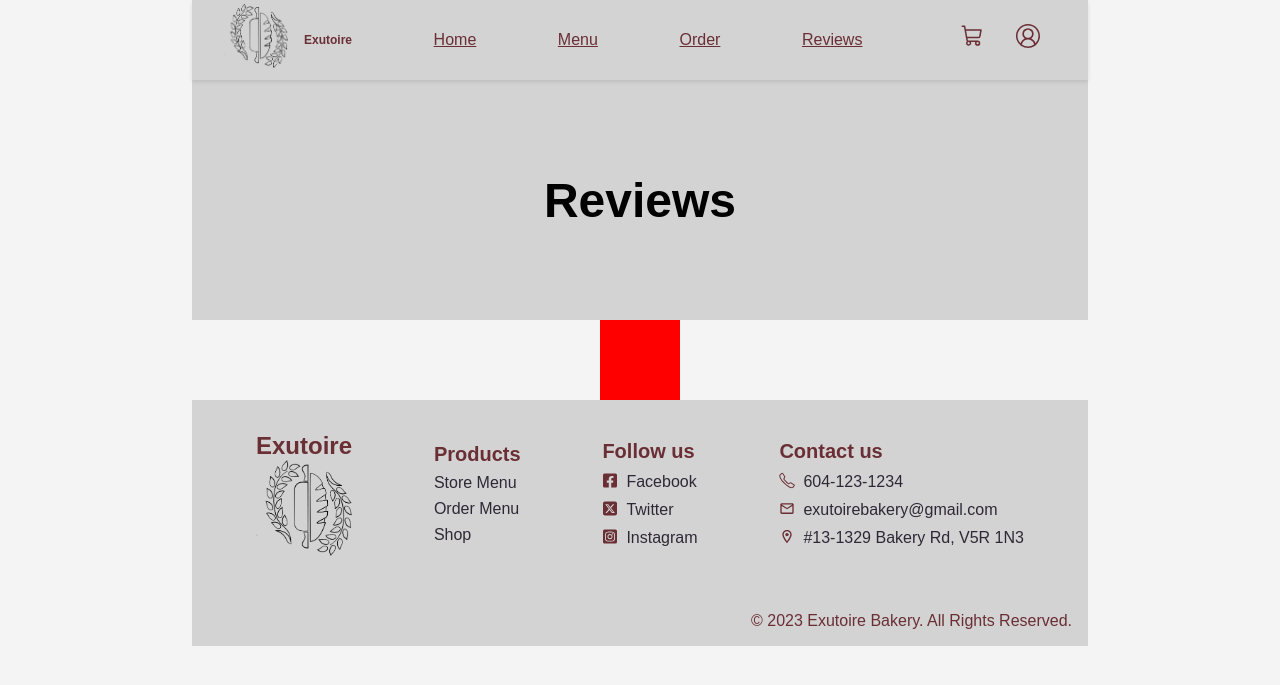
Repository: MelissaJacobi/COMP3170-final-proj
Page: /Reviews
These files come from the project's save history. The page is drawn as it stood at one moment and after the next save; the edit follows.
The browser window is 1280 px wide. The pictures show the whole page.
The project was rebuilt for these pictures with package versions that can differ from the ones it lists, and the page was loaded fresh each time. Also part of the build but not shown: vite.config.js, src/pages/ShoppingCart.module.css, src/components/ShoppingCartCard.module.css, src/components/ShoppingCartCard.jsx, src/components/OrderTotal.jsx, src/pages/ShoppingCart.jsx, src/pages/Profile.module.css, src/pages/Profile.jsx and 32 more.

Above is the page before, as saved 2024-10-19 19:04:19.

### src/main.jsx
import { StrictMode } from 'react'
import { createRoot } from 'react-dom/client'
import App from './App.jsx'
import './index.css'

const rootElement = document.getElementById('root');
if (rootElement) {
  createRoot(rootElement).render(
    <StrictMode>
      <App />
    </StrictMode>
  );
}

### src/App.jsx
import { BrowserRouter as Router, Routes, Route } from 'react-router-dom';
import styles from './App.module.css';
import Header from './components/Header';
import Footer from './components/Footer';
import Home from './pages/Home';
import Menu from './pages/menu';
import Bread from './pages/Bread';
import Pastries from './pages/Pastries';
import Cakes from './pages/Cakes';
import Drinks from './pages/Drinks';
import Seasonal from './pages/Seasonal';
import OrderPickUp from './pages/OrderPickUp';
import OrderDelivery from './pages/OrderDelivery';
import ShoppingCart from './pages/ShoppingCart';
import Profile from './pages/Profile';
import Reviews from './pages/reviews';

function App() {
  return (
    <Router>
      <div className={styles.appContainer}>
        <Header />
        <Routes>
          <Route path="/" element={<Home />} />
          <Route path="/menu" element={<Menu />} />
          <Route path="/menu/bread" element={<Bread />} />
          <Route path="/menu/pastries" element={<Pastries />} />
          <Route path="/menu/cakes" element={<Cakes />} />
          <Route path="/menu/drinks" element={<Drinks />} />
          <Route path="/menu/seasonal" element={<Seasonal />} />
          <Route path="/orderpickup" element={<OrderPickUp />} />
          <Route path="/orderdelivery" element={<OrderDelivery />} />
          <Route path="/shoppingcart" element={<ShoppingCart/>}/>
          <Route path="/profile" element={<Profile />}/>
          <Route path="/Reviews" element={<Reviews />}/>
        </Routes>
        <Footer />
      </div>
    </Router>
  );
}

export default App;

### src/index.css
* {
  margin: 0;
  padding: 0;
  box-sizing: border-box;
}

body {
  font-family: Arial, sans-serif;
  line-height: 1.6;
  background-color: #f4f4f4;
}

:root {
  --primary-color: lightgrey;
  --secondary-color: lightblue;
  --accent-color: #6A2E35;
  --background-color: white;
  --text-color: #2E2836;
}

### src/App.module.css
.appContainer {
    width: 70%;
    height: 100%;
    margin: auto;
}

### src/components/Header.jsx
// Header.tsx
import { Link, Route, Router, Routes } from 'react-router-dom';
import styles from './Header.module.css';
import logo from "../assets/images/logo.png";
import { PiShoppingCart } from "react-icons/pi";
import { VscAccount } from "react-icons/vsc";
import OverallCart from '../pages/ShoppingCart';
import Profile from '../pages/Profile';

export default function Header() {
  return (
    <div className={styles.container}>
      <div>
        <Link to ="/"><img src={logo} alt="Logo" className={styles.logo} /></Link>
        <p className={styles.siteTitle}>Exutoire</p>
      </div>
      <Link to="/" className={styles.links}>Home</Link>
      <Link to="/Menu" className={styles.links}>Menu</Link>
      <Link to="/OrderPickUp" className={styles.links}>Order</Link>
      <Link to="/Reviews" className={styles.links}>Reviews</Link>
      <div>
        <Link to="/ShoppingCart">
          <PiShoppingCart className={styles.icon} />
        </Link>
        <Link to="/Profile">
          <VscAccount className={styles.icon} />
        </Link>
      </div>
    </div>
  );
}

### src/components/Footer.tsx
import logo from "../assets/images/logo.png"
import styles from "./Footer.module.css"
import { FaFacebookSquare } from "react-icons/fa";
import { FaSquareXTwitter } from "react-icons/fa6";
import { FaInstagramSquare } from "react-icons/fa";
import { SlPhone } from "react-icons/sl";
import { MdOutlineMailOutline } from "react-icons/md";
import { MdOutlineLocationOn } from "react-icons/md";

export default function Footer() {

  return (
    <>
      <div className={styles.container}>
        <div>
            <p className={styles.siteTitle}>Exutoire</p>
            <img src={logo} alt="Logo" className={styles.logo}/>
        </div>
        <ul>
          <p>Products</p>
          <li>Store Menu</li>
          <li>Order Menu</li>
          <li>Shop</li>
        </ul>
        <ul>
          <p>Follow us</p>
          <li><FaFacebookSquare className={styles.socialIcon}/>Facebook</li>
          <li><FaSquareXTwitter className={styles.socialIcon}/>Twitter</li>
          <li><FaInstagramSquare className={styles.socialIcon}/>Instagram</li>
        </ul>
        <ul>
          <p>Contact us</p>
          <li><SlPhone  className={styles.socialIcon}/>604-123-1234</li>
          <li><MdOutlineMailOutline className={styles.socialIcon}/>exutoirebakery@gmail.com</li>
          <li><MdOutlineLocationOn className={styles.socialIcon}/>#13-1329 Bakery Rd, V5R 1N3</li>
        </ul>
      </div>
      <p className={styles.copywrite}>© 2023 Exutoire Bakery.  All Rights Reserved.</p>
    </>
  )
}

### src/pages/reviews.jsx
import styles from "./Reviews.module.css"
import Review from "../components/Review";

export default function Reviews() {
    return (
      <div className={styles.container}>
        <div className={styles.banner}>
            <h1>Reviews</h1>
        </div>
        <div className={styles.reviews}>
            <Review />
        </div>

      </div>
    );
  }

### src/components/Header.module.css
.container {
    background-color: var(--primary-color);
    width: 100%;
    height: 5rem;
    display: flex;
    align-items: center;
    justify-content: space-between;
    padding: 2rem;
    position: sticky;
    top: 0;
    z-index: 1000;
    box-shadow: 0 2px 4px rgba(0, 0, 0, 0.1);
}

.logo {
    height: 4rem;
    width: 4rem;
}

.siteTitle {
    font-size: 12px;
    font-style: normal;
    font-weight: 700;
    line-height: normal;
    margin-left: 1rem;
    color: var(--accent-color)
}

.container div {
    display: flex;
    align-items: center;
}

.links {
    font-size: 16px;
    font-style: normal;
    font-weight: 400;
    line-height: normal;
    color: var(--accent-color)
}

.icon {
    height: 1.5rem;
    width: 1.5rem;
    margin: 1rem;
    color: var(--accent-color)
}

### src/components/Footer.module.css
.container {
    background-color: var(--primary-color);
    height: 100%;
    width: 100%;
    display: flex;
    flex-wrap: wrap;
    align-items: center;
    justify-content: space-between;
    padding: 2rem 4rem;
}

.container div{
    text-align: center;
}

.logo {
    width: 6rem;
    height: 6rem;
}

.siteTitle {
    font-size: 24px;
    font-style: normal;
    font-weight: 700;
    line-height: normal;
    color: var(--accent-color)
}

.container ul p {
    color: var(--accent-color);
    font-size: 20px;
    font-style: normal;
    font-weight: 700;
    line-height: normal;
}

.container ul li {
    font-size: 16px;
    font-style: normal;
    font-weight: 400;
    line-height: normal;
    margin: 0.5rem 0rem;
    padding: 0;
    list-style-type: none;
    color: var(--text-color)
}

.socialIcon {
    transform: translateY(0.1rem);
    color: var(--accent-color);
    margin-right: 0.5rem;
}

.copywrite {
    width: 100%;
    text-align: right;
    padding: 1rem;
    font-size: 16px;
    font-style: normal;
    font-weight: 400;
    line-height: normal;
    color: var(--accent-color);
    background-color: var(--primary-color);
}

### src/pages/Reviews.module.css
.container {
    width: 100%;
}

.banner {
    width: 100%;
    height: 15rem;
    display: flex;
    justify-content: center;
    align-items: center;
    background-color: var(--primary-color);
}

.container h1 {
    font-size: 48px;
    font-style: normal;
    font-weight: 700;
    line-height: normal;
}

.reviews {
    width: 100%;
    display: flex;
    justify-content: center;
    flex-wrap: wrap;
}

### src/components/Review.jsx
import styles from "./Review.module.css"

export default function Review() {
    return (
      <div className={styles.container}>


      </div>
    );
  }

### src/components/OrderTotal.module.css
.orderTotalContainer {
    display: flex;
    flex-direction: column;
    justify-content: flex-end;
    align-items: flex-end;
}

.subtotal, .tax, .grandTotal {
    display: flex;
    flex-direction: row;
    justify-content: space-around;
    width: 55%;
    margin: 0.5rem;
}

.grandTotal {
    font-size: 40px;
    font-weight: 300;
}

.line {
    background-color: #9a9a9a;
    height: 0.2rem;
    width: 55%;
}

.lineThin {
    background-color: #9a9a9a;
    height: 0.1rem;
    width: 55%;
}

.btns, Link {
    display: flex;
    justify-content: center;
    align-items: center;
    width: 30%;
    margin-bottom: 1rem;
}

.backBtn {
    background-color: inherit;
    color: #6A2E35;
}

.checkoutBtn {
    display: flex;
    justify-content: center;
    align-items: center;
    background-color: #6A2E35;
    height: 2.7rem;
    border-radius: 0;
}

### src/components/Review.module.css
.container {
    background-color: red;
    width: 5rem;
    height: 5rem;
}

Loaded but not shown: index.html (common file)

After the next save:
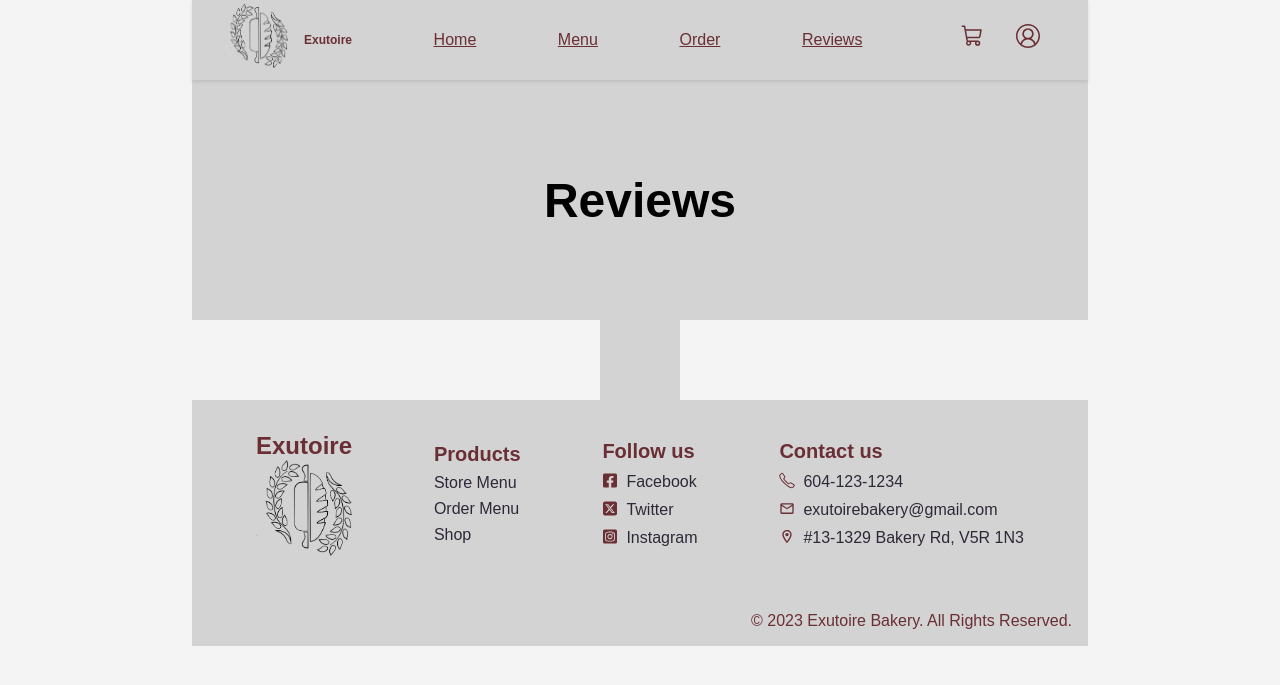
Saved 52 s later.
--- a/src/components/Review.module.css
+++ b/src/components/Review.module.css
@@ -1,5 +1,5 @@
 .container {
-    background-color: red;
+    background-color: var(--primary-color);
     width: 5rem;
     height: 5rem;
 }
